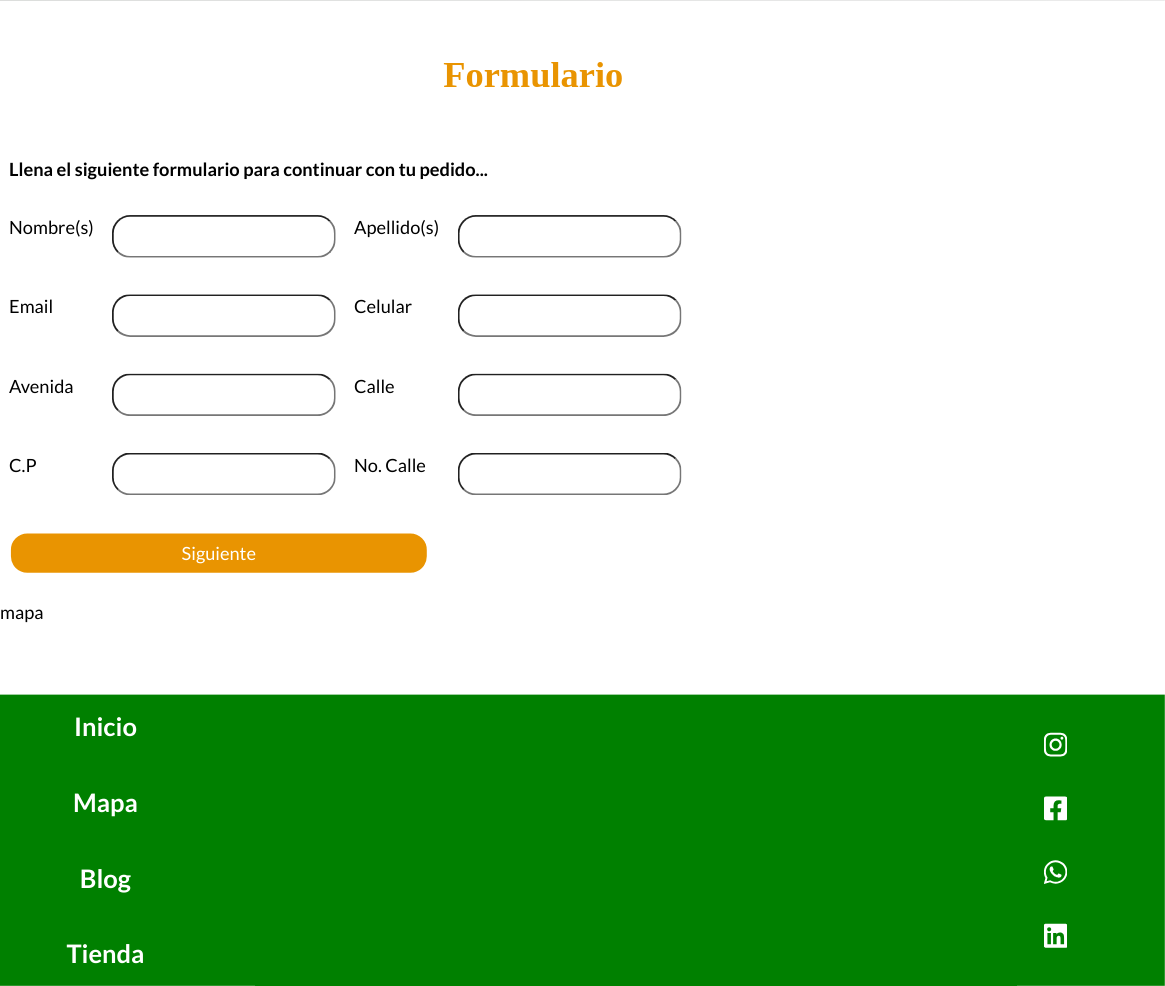
Repository: CarlosCamposRodriguez99/cv-beta-frontend
Page: /mapa
These files come from the project's save history. The page is drawn as it stood at one moment and after the next save; the edit follows.
The browser window is 1280 px wide. The pictures show the part of the page from y = 219 to 1322 px (the page is 1302 px tall before and 1322 px after), at 91% of full size.
Some web fonts or font styles are not loaded; a fallback is used. The project was rebuilt for these pictures with package versions that can differ from the ones it lists, and the page was loaded fresh each time. The framework's server and built-in components were replaced by stand-ins that run in the browser. Also part of the build but not shown: next.config.js.

Above is the page before, as saved 2022-05-05 21:58:41.

After the next save:
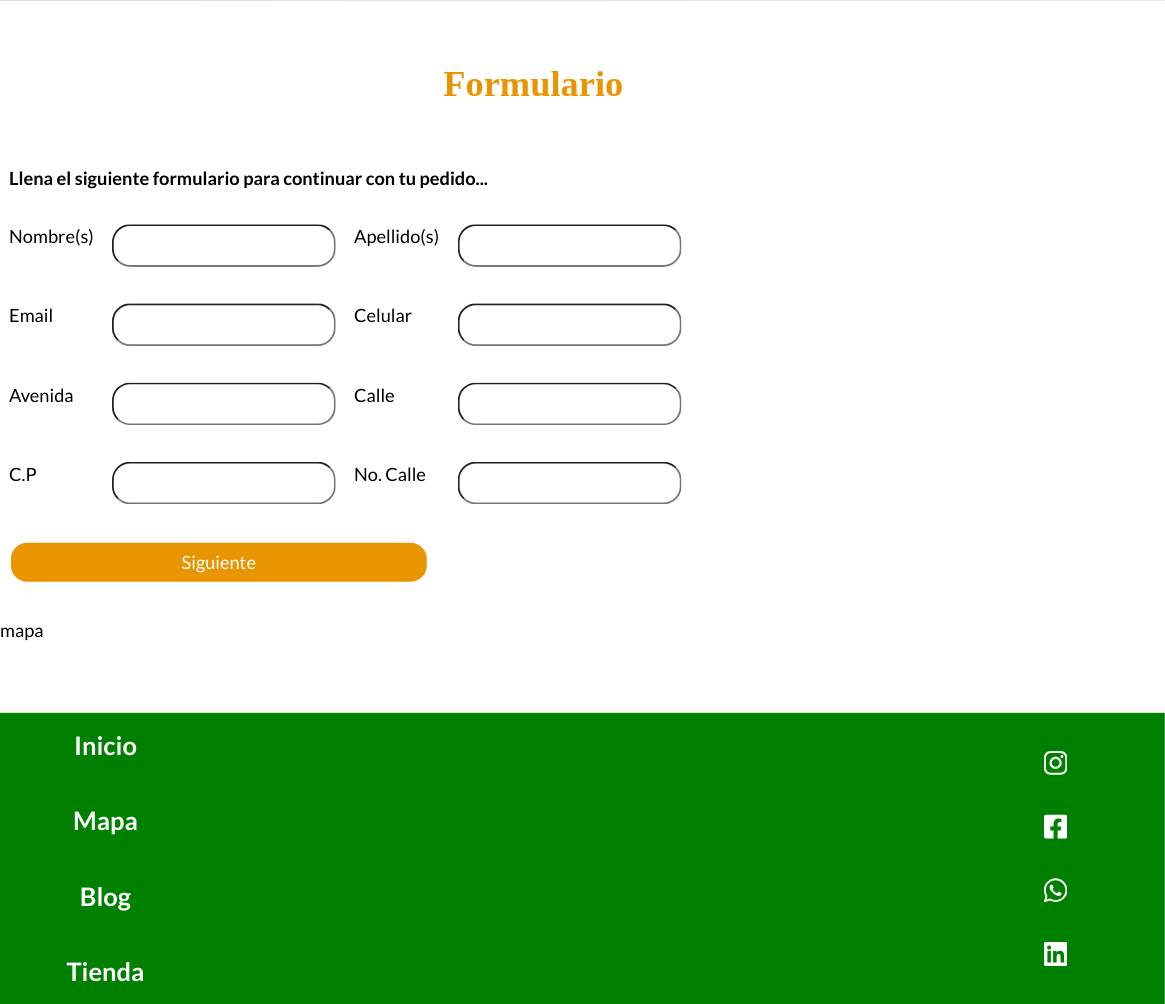
Saved 44 s later.
--- a/styles/Mapa.module.css
+++ b/styles/Mapa.module.css
@@ -26,7 +26,7 @@
 
 .head {
   max-width: 120rem;
-  margin: 1rem 1rem;
+  margin: 2rem 1rem;
   width: 90%;
   display: grid;
 }
